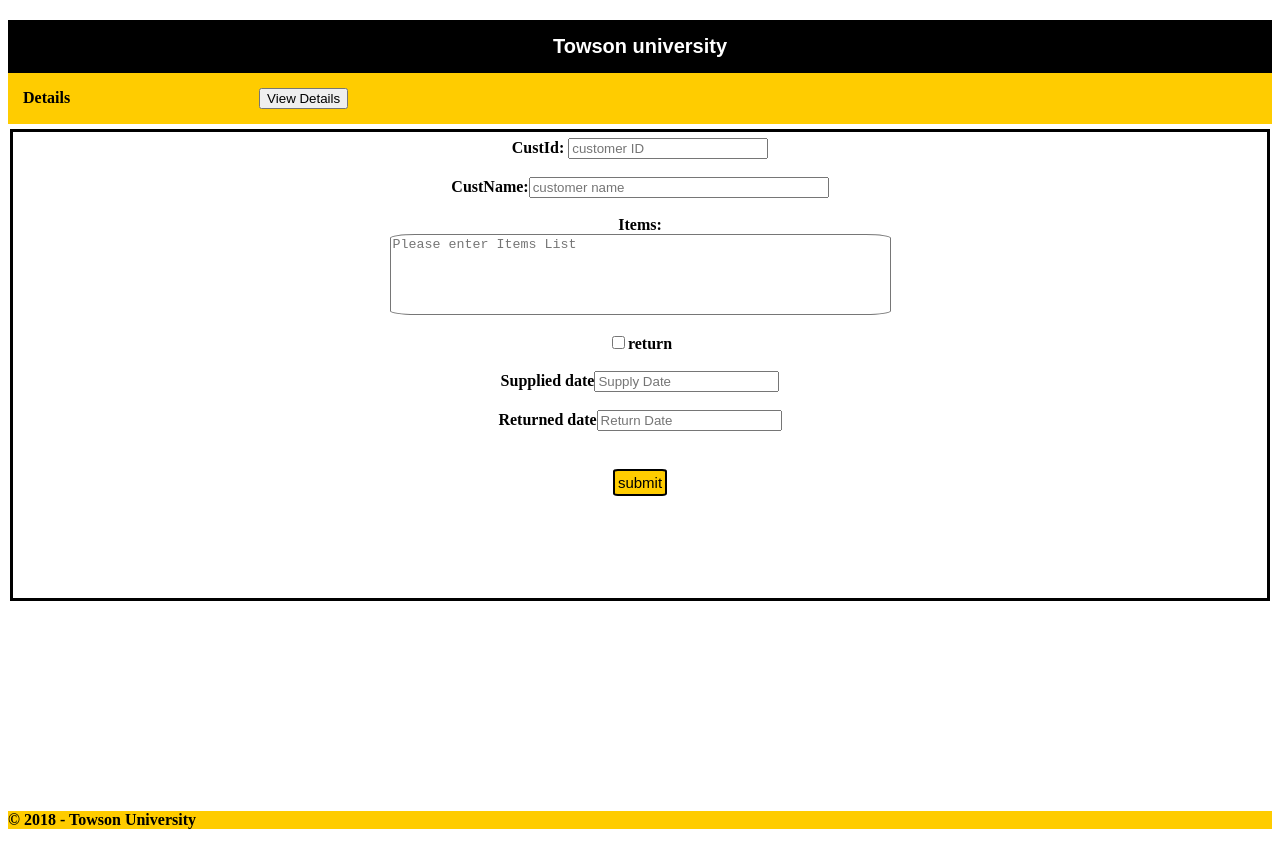
Repository: DatabaseCOSC578/eclipse-workspace11
Page: http://localhost/Supervisor/Supervisor.jsp
The author's editor kept a copy of each file at every save. The page is drawn from the files as they stood at one save, then again after the next save.
The browser window is 1280 px wide. The pictures show the whole page.
The page is served by Tomcat 9.

Above is the page before, as saved 2018-04-15 17:10:15.

After the next save:
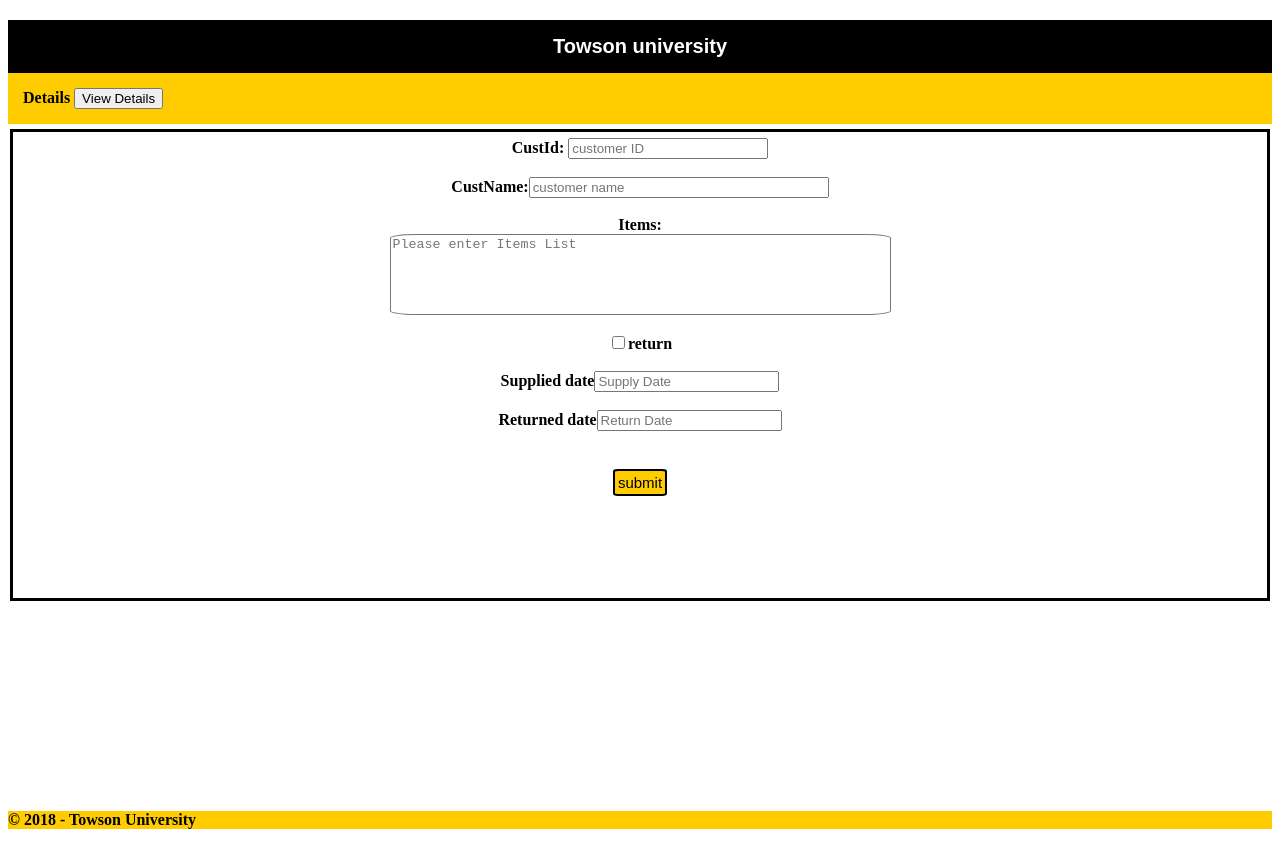
Saved 8 s later.
--- a/Supervisor/WebContent/css/layout1.css
+++ b/Supervisor/WebContent/css/layout1.css
@@ -54,6 +54,6 @@
 
 #b1 {
 	margin-top: 0;
-	margin-left:185;
+
 	margin-right:0;
 }
